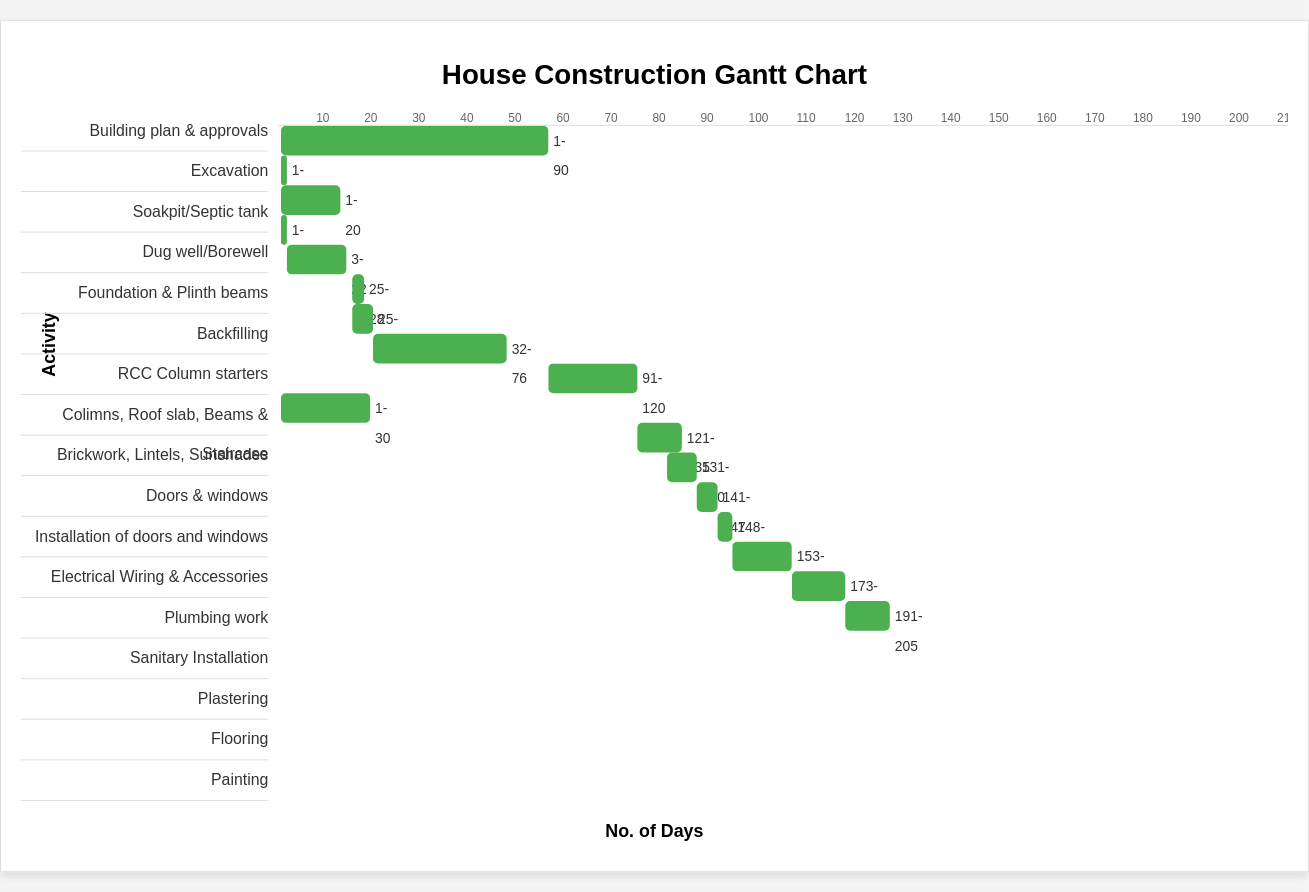
Repository: Madhava-IT-Solutions/yaminikollumittasks
Page: CONSTRUCTION DURATION/DURATION/duaration.html
An editor plug-in stored every save of this project. The page is shown before and after a run of saves, followed by the edit.
The browser window is 1280 px wide. The page is 1322 px wide, so the pictures cover 1322 px, including what lies to the right of the window. The pictures show the whole page, at 99% of full size.

Above is the page before, as saved 2024-12-22 16:08:46.

### CONSTRUCTION DURATION/DURATION/duaration.html
<!DOCTYPE html>
<html lang="en">
<head>
    <meta charset="UTF-8">
    <meta name="viewport" content="width=device-width, initial-scale=1.0">
    <title>House Construction Gantt Chart</title>
    <link rel="stylesheet" href="styles.css">
</head>
<body>
    <div class="container">
        <h1>House Construction Gantt Chart</h1>
        <div class="axis-label y-axis-title">Activity</div>
        <div class="chart-wrapper">
            <div class="y-axis">
                <div class="y-axis-labels"></div>
            </div>
            <div class="x-axis">
                <div class="x-axis-labels"></div>
                <div id="gantt-chart"></div>
            </div>
        </div>
        <div class="axis-label x-axis-title">No. of Days</div>
    </div>
    <script src="script.js"></script>
</body>
</html>

### CONSTRUCTION DURATION/DURATION/styles.css
body {
    font-family: Arial, sans-serif;
    margin: 0;
    padding: 0;
    background-color: #f4f4f4;
    overflow-x: hidden;
}

.container {
    width: 100%;
    max-width: 1500px;
    margin: 20px auto;
    background-color: #fff;
    border: 1px solid #ddd;
    padding: 20px;
    box-shadow: 0 4px 8px rgba(0, 0, 0, 0.1);
}

h1 {
    text-align: center;
    margin-bottom: 20px;
    font-size: 28px;
}

.chart-wrapper {
    display: flex;
    position: relative;
}

.y-axis {
    width: 250px;
    text-align: right;
    padding-right: 10px;
}

.y-axis-labels div {
    height: 40px;
    line-height: 40px;
    border-bottom: 1px solid #ddd;
    color: #333;
}

.x-axis {
    flex: 1;
    overflow-x: auto;
    position: relative;
}

.x-axis-labels {
    display: flex;
    position: sticky;
    top: 0;
    background: #fff;
    border-bottom: 1px solid #ddd;
}

.x-axis-labels div {
    width: 10px;
    text-align: center;
    font-size: 12px;
    color: #666;
}

#gantt-chart {
    position: relative;
}

.gantt-row {
    display: flex;
    align-items: center;
    position: relative;
}

.gantt-bar {
    position: absolute;
    height: 30px;
    background-color: #4caf50;
    border-radius: 5px;
    line-height: 30px;
}

.gantt-date {
    position: absolute;
    left: calc(100% + 5px);
    top: 0;
    font-size: 14px;
    color: #333;
}

.axis-label {
    text-align: center;
    font-weight: bold;
    margin: 10px 0;
}

.y-axis-title {
    position: absolute;
    left: 50px;
    top: 50%;
    transform: rotate(-90deg);
    transform-origin: left center;
    font-size: 18px;
}

.x-axis-title {
    margin-top: 20px;
    font-size: 18px;
}

### CONSTRUCTION DURATION/DURATION/script.js
const tasks = [
    { name: "Building plan & approvals", start: 1, end: 90 },
    { name: "Excavation", start: 1, end: 2 },
    { name: "Soakpit/Septic tank", start: 1, end: 20 },
    { name: "Dug well/Borewell", start: 1, end: 2 },
    { name: "Foundation & Plinth beams", start: 3, end: 22 },
    { name: "Backfilling", start: 25, end: 28 },
    { name: "RCC Column starters", start: 25, end: 31 },
    { name: "Colimns, Roof slab, Beams & Staircase", start: 32, end: 76 },
    { name: "Brickwork, Lintels, Sunshades", start: 91, end: 120 },
    { name: "Doors & windows", start: 1, end: 30 },
    { name: "Installation of doors and windows", start: 121, end: 135 },
    { name: "Electrical Wiring & Accessories", start: 131, end: 140 },
    { name: "Plumbing work", start: 141, end: 147 },
    { name: "Sanitary Installation", start: 148, end: 152 },
    { name: "Plastering", start: 153, end: 172 },
    { name: "Flooring", start: 173, end: 190 },
    { name: "Painting", start: 191, end: 205 }
];

// Generate Y-axis labels
function renderYAxis() {
    const yAxisLabels = document.querySelector('.y-axis-labels');
    tasks.forEach(task => {
        const label = document.createElement('div');
        label.textContent = task.name;
        yAxisLabels.appendChild(label);
    });
}

// Generate X-axis labels (Days)
function renderXAxis() {
    const xAxisLabels = document.querySelector('.x-axis-labels');
    for (let day = 1; day <= 210; day++) {
        const dayLabel = document.createElement('div');
        dayLabel.textContent = day % 10 === 0 ? day : '';
        xAxisLabels.appendChild(dayLabel);
    }
}

// Render Gantt bars and dates
function renderGanttChart() {
    const ganttChart = document.getElementById("gantt-chart");

    tasks.forEach((task, index) => {
        const row = document.createElement("div");
        row.classList.add("gantt-row");

        const bar = document.createElement("div");
        bar.classList.add("gantt-bar");
        const startPosition = task.start * 3;
        const barWidth = (task.end - task.start + 1) * 3;
        bar.style.left = `${startPosition}px`;
        bar.style.width = `${barWidth}px`;
        bar.style.top = `${index * 30}px`;

        const dateLabel = document.createElement("div");
        dateLabel.classList.add("gantt-date");
        dateLabel.textContent = `${task.start}-${task.end}`;
        bar.appendChild(dateLabel);

        ganttChart.appendChild(bar);
    });
}

document.addEventListener("DOMContentLoaded", () => {
    renderYAxis();
    renderXAxis();
    renderGanttChart();
});

After the next 2 saves:
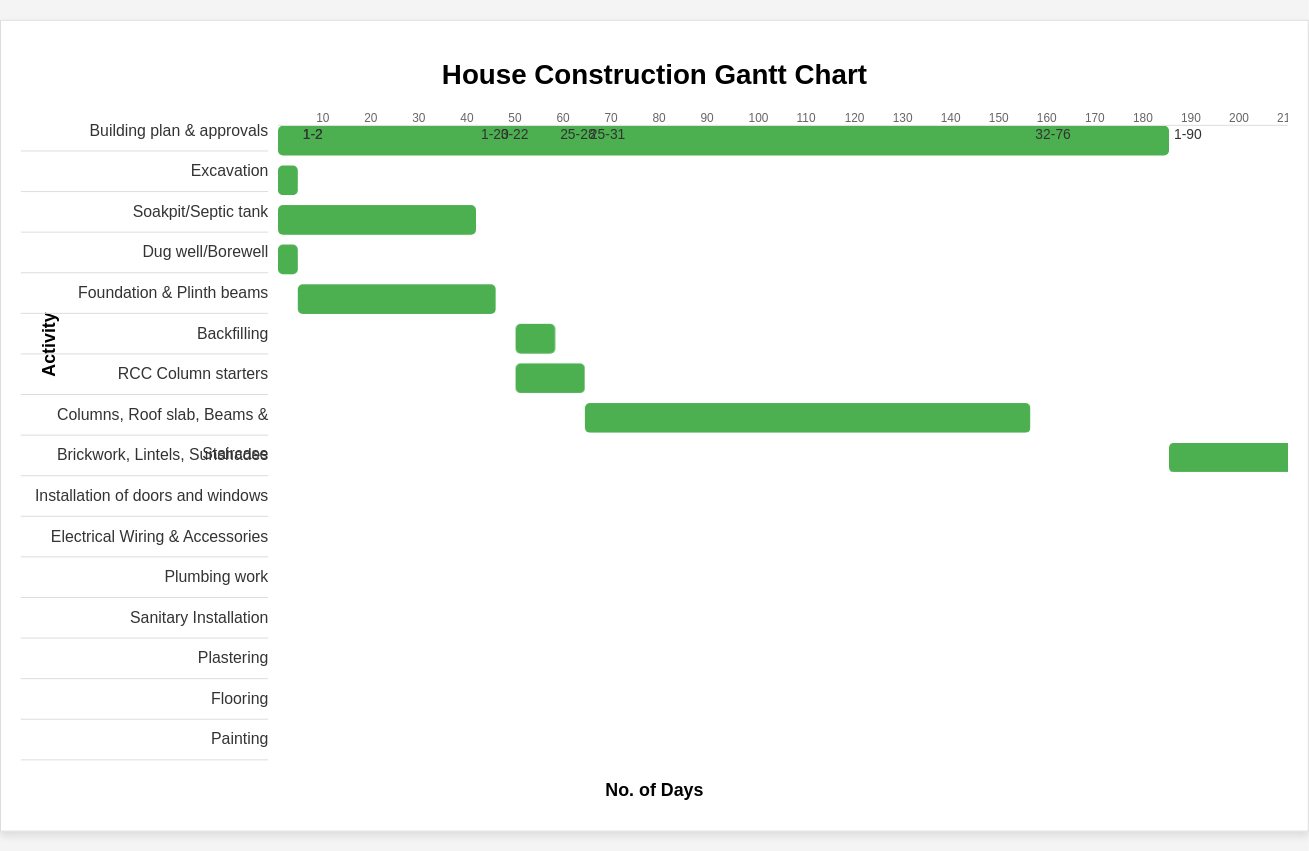
The 2 saves are shown as one change because they came seconds apart.
The last was saved 16 s later.
--- a/CONSTRUCTION DURATION/DURATION/script.js
+++ b/CONSTRUCTION DURATION/DURATION/script.js
@@ -6,9 +6,8 @@ const tasks = [
     { name: "Foundation & Plinth beams", start: 3, end: 22 },
     { name: "Backfilling", start: 25, end: 28 },
     { name: "RCC Column starters", start: 25, end: 31 },
-    { name: "Colimns, Roof slab, Beams & Staircase", start: 32, end: 76 },
+    { name: "Columns, Roof slab, Beams & Staircase", start: 32, end: 76 },
     { name: "Brickwork, Lintels, Sunshades", start: 91, end: 120 },
-    { name: "Doors & windows", start: 1, end: 30 },
     { name: "Installation of doors and windows", start: 121, end: 135 },
     { name: "Electrical Wiring & Accessories", start: 131, end: 140 },
     { name: "Plumbing work", start: 141, end: 147 },
@@ -18,7 +17,6 @@ const tasks = [
     { name: "Painting", start: 191, end: 205 }
 ];
 
-// Generate Y-axis labels
 function renderYAxis() {
     const yAxisLabels = document.querySelector('.y-axis-labels');
     tasks.forEach(task => {
@@ -28,7 +26,6 @@ function renderYAxis() {
     });
 }
 
-// Generate X-axis labels (Days)
 function renderXAxis() {
     const xAxisLabels = document.querySelector('.x-axis-labels');
     for (let day = 1; day <= 210; day++) {
@@ -38,7 +35,6 @@ function renderXAxis() {
     }
 }
 
-// Render Gantt bars and dates
 function renderGanttChart() {
     const ganttChart = document.getElementById("gantt-chart");
 
@@ -48,18 +44,22 @@ function renderGanttChart() {
 
         const bar = document.createElement("div");
         bar.classList.add("gantt-bar");
-        const startPosition = task.start * 3;
-        const barWidth = (task.end - task.start + 1) * 3;
+
+        const dayWidth = 10;  // Each day = 10px width for scaling
+        const startPosition = (task.start - 1) * dayWidth;
+        const barWidth = (task.end - task.start + 1) * dayWidth;
+
         bar.style.left = `${startPosition}px`;
         bar.style.width = `${barWidth}px`;
-        bar.style.top = `${index * 30}px`;
+        bar.style.top = `${index * 40}px`;
 
         const dateLabel = document.createElement("div");
         dateLabel.classList.add("gantt-date");
         dateLabel.textContent = `${task.start}-${task.end}`;
-        bar.appendChild(dateLabel);
+        dateLabel.style.left = `${startPosition + barWidth + 5}px`;
 
         ganttChart.appendChild(bar);
+        ganttChart.appendChild(dateLabel);
     });
 }
 
